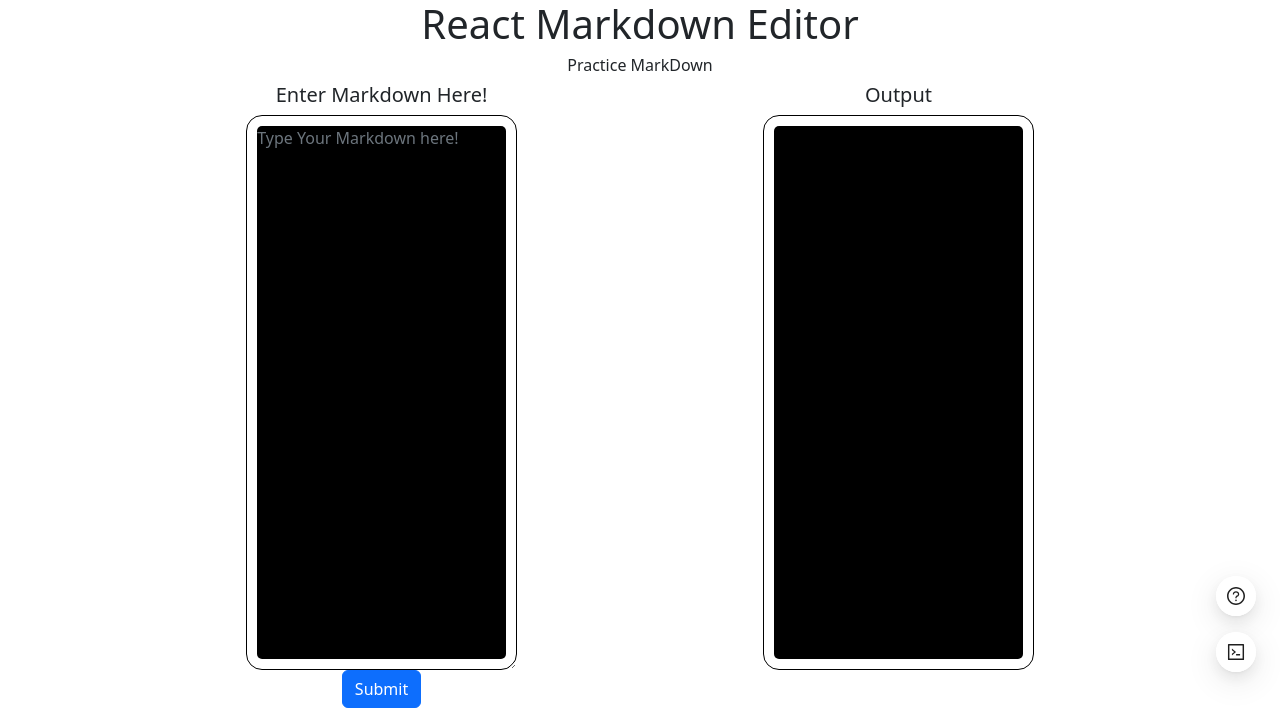
Repository: devkthines/md-editor
Page: /
An editor plug-in stored every save of this project. The page is shown before and after the next save, followed by the edit.
The browser window is 1280 px wide. The pictures show the whole page.
The project was rebuilt for these pictures with package versions that can differ from the ones it lists, and the page was loaded fresh each time. Also part of the build but not shown: src/pages/preview.js, src/components/navbar.js, src/pages/home.js.

Above is the page before, as saved 2023-12-06 21:58:04.

After the next save:
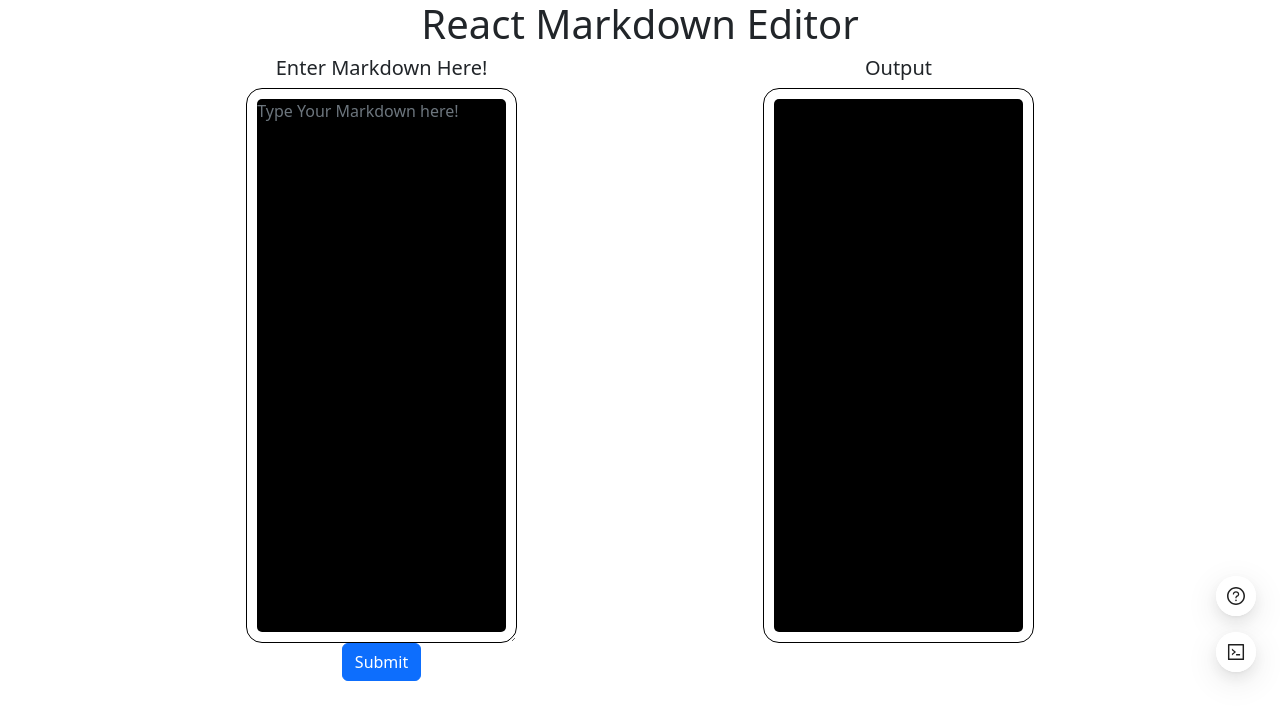
Saved 15 s later.
--- a/src/pages/editor.js
+++ b/src/pages/editor.js
@@ -136,8 +136,6 @@ export default function Editor() {
     return (<>
     <div className='text-center'>
         <h1>React Markdown Editor</h1>
-
-    <h6>Practice MarkDown</h6>
         <div className='d-flex justify-content-evenly'>
             <App/>
             <Form>
